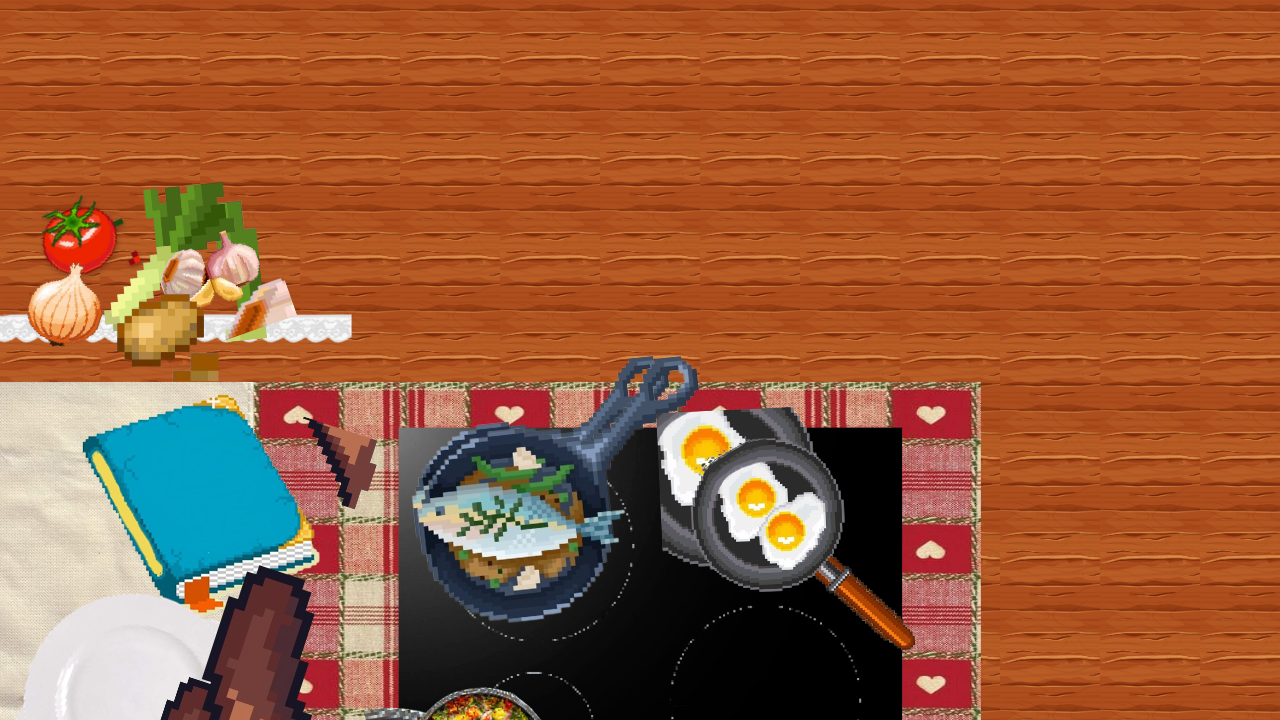
Repository: AJamdonuts/ToddyTalks
Page: playingaround2/pages/chefsujin.html
These files come from the project's save history. The page is drawn as it stood at one moment and after the next save; the edit follows.
The browser window is 1280 px wide. The pictures show the whole page.

Above is the page before, as saved 2025-11-26 20:11:23.

After the next save:
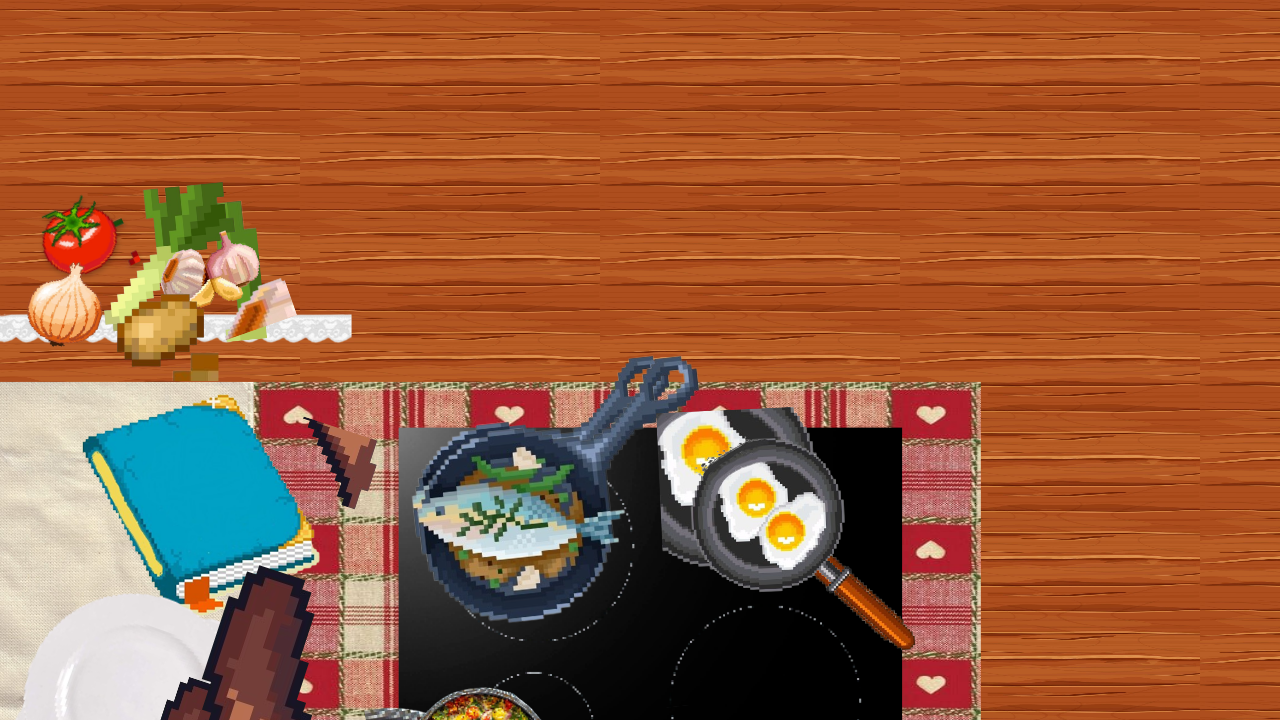
Saved 31 s later.
--- a/playingaround2/styles/chefsujin.css
+++ b/playingaround2/styles/chefsujin.css
@@ -25,7 +25,7 @@ body {
 
     background-image: url('/playingaround2/images/kitchencounter.jpg');
     background-repeat: repeat;      /* repeat the image */
-    background-size: 100px 100px;   /* set width and height for each tile */
+    background-size: 300px 100px;   /* set width and height for each tile */
     background-position: top left;  /* start tiling from top-left */
     background-attachment: scroll;  /* moves with page */
     background-color: #ffffff;      /* fallback color */
